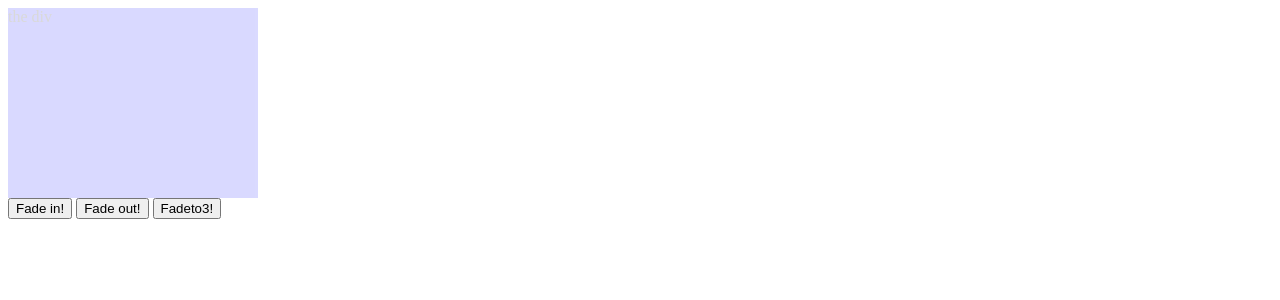
Repository: PoojaShirwaikar/BlockhainTest
Page: javascript/JQueryDemo/WebContent/DEMO3.html
The author's editor kept a copy of each file at every save. The page is drawn from the files as they stood at one save, then again after the next save.
The browser window is 1280 px wide. The pictures show the whole page.
After loading, the first visible `#Fadeout` was clicked once.
Some web libraries are served in a nearby version.

Above is the page before, as saved 2017-11-13 09:09:09.

### javascript/JQueryDemo/WebContent/DEMO3.html
<!DOCTYPE html>
<html>
<head>
<meta charset="ISO-8859-1">
<title>Insert title here</title>
<style>
div {
	width: 250px;
	height: 190px;
	background-color: blue;
}
</style>
<script src="https://code.jquery.com/jquery-3.2.1.js"></script>
<script src="https://code.jquery.com/ui/1.12.1/jquery-ui.js"></script>
<script>
	$(function() {
		$("#Fadeion").click(function() {
			$("#thediv").fadeIn(2000, "linear");
		})

		$("#Fadeout").click(function() {
			$("#thediv").fadeOut(2000, "swing");
		})

		$("#Fadeto3").click(function() {
			$("#thediv").fadeTo(2000,0.3);
		})
	});
</script>


</head>
<body>
	<div id="thediv">the div</div>
	<button id="Fadeion">Fade in!</button>
	<button id="Fadeout">Fade out!</button>
	<button id="Fadeto3">Fadeto3!</button>

</body>
</html>

After the next save:
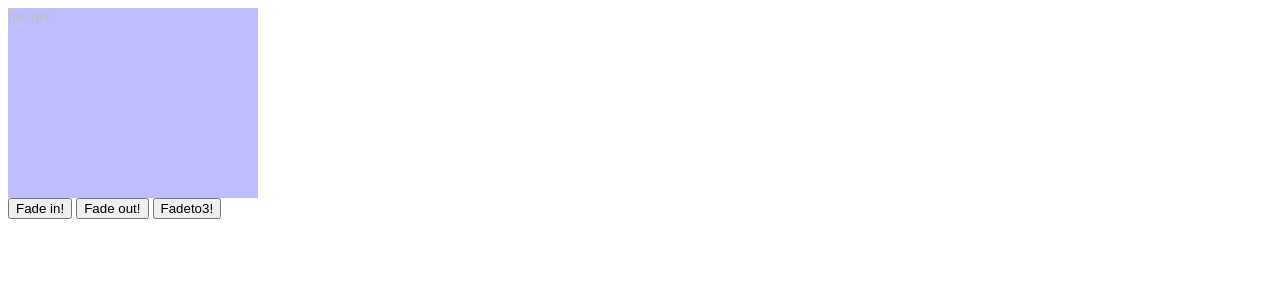
Saved 5 s later.
--- a/javascript/JQueryDemo/WebContent/DEMO3.html
+++ b/javascript/JQueryDemo/WebContent/DEMO3.html
@@ -19,7 +19,7 @@ div {
 		})
 
 		$("#Fadeout").click(function() {
-			$("#thediv").fadeOut(2000, "swing");
+			$("#thediv").fadeOut(2000, "linear");
 		})
 
 		$("#Fadeto3").click(function() {
